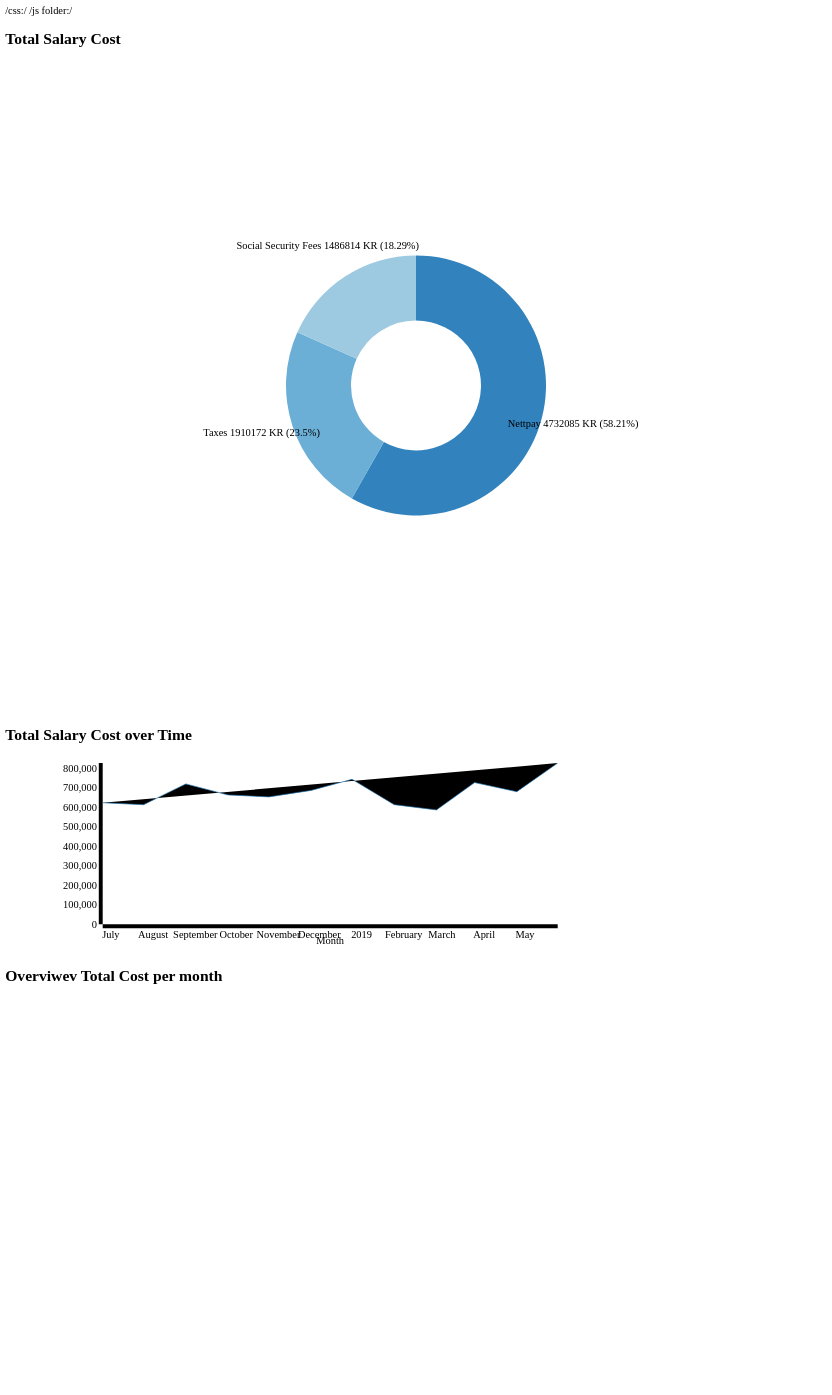
Repository: Code-Institute-Submissions/danfiliphoff-Milestoneproject-2
Page: index.html
The author's editor kept a record of every edit. The page is drawn from the files as they stood at one moment, then again after the next edit.
The browser window is 1280 px wide. The pictures show the whole page, at 65% of full size.

Above is the page before.
Console error: TypeError: z.rangeBands is not a function

### index.html
<!DOCTYPE html>
<html lang="en">
<head>
    <meta charset="UTF-8">
    <meta name="viewport" content="width=device-width, initial-scale=1.0">
    <meta http-equiv="X-UA-Compatible" content="ie=edge">
    <title>Payroll Dashboard</title>
    /css:/
    <link rel="stylesheet" href="static/css/style.css" type="text/css" />
    <link rel="stylesheet" href="" type="text/css" />
    /js folder:/
    <script type="text/javascript" src="static/js/d3.min.js"></script>
    <script type="text/javascript" src="static/js/d3-time-format.v2.min.js"></script>
    <script type="text/javascript" src="static/js/crossfilter.min.js"></script>
    <script type="text/javascript" src="static/js/dc.min.js"></script>
    <script type="text/javascript" src="static/js/queue.min.js"></script>
    <script type="text/javascript" src="static/js/payroll.data.js"></script>
    <script type="text/javascript" src="static/js/total.cost.js"></script>

</head>

<body>
    <header>
    </header>
    <!--*****Graphs******-->
    <div>
        <!--*****Pie Chart******-->
        <div>
            <h2>Total Salary Cost</h2>
            <div id="total-cost-pie-chart"></div>
        </div>
        <!--*****Line Chart******-->
        <div>
            <h2>Total Salary Cost over Time</h2>
            <div id="total-cost-line-graph"></div>
        </div>
         <!--*****Stacked Bar Chart Total Cost Over Time******-->
        <div>
            <h2>Overviwev Total Cost per month</h2>
            <div id="total-cost-stacked-bar-chart"></div>
        </div>
    </div>

    <footer>
    </footer>

</body>
</html>

### static/js/total.cost.js
/*steg:
1. skapa HTML.
2. skapa function
3.lägg till function under make graph*/

/*väntar med att skapa graf tills data är laddat*/
queue()
    .defer(d3.csv, "data/total.cost.csv")
    .await(makeGraphs);

function makeGraphs(error, totalCost){

    var parseDate = d3.time.format("%Y-%m-%d").parse;
        totalCost.forEach(function(d){
            d.PaymentDate = parseDate(d.PaymentDate);
        });


   var ndx=crossfilter(totalCost);
   makePie(ndx);
   TotalLineGraph(ndx);
   StackedBarChartTotalCost(ndx);
   dc.renderAll();
}


/*skapar graf och hämtar data*/
function StackedBarChartTotalCost(ndx){
    var payment_date_dim_bar = ndx.dimension(dc.pluck("PaymentDate"));

    var minDate = payment_date_dim_bar.bottom(1)[0].PaymentDate;
    var maxDate = payment_date_dim_bar.top(1)[0].PaymentDate;

    var NettpayByMonth = payment_date_dim_bar.group().reduceSum(function (d) {
            if (d.Type === 'Nettpay') {
                return +d.Sum;
            } else {
                return 0;
            }
        });

    var TaxesByMonth = payment_date_dim_bar.group().reduceSum(function (d) {
            if (d.Type === 'Taxes') {
                return +d.Sum;
            } else {
                return 0;
            }
        });

    var SocialSecurityFeesByMonth = payment_date_dim_bar.group().reduceSum(function (d) {
            if (d.Type === 'Social Security Fees') {
                return +d.Sum;
            } else {
                return 0;
            }
        });

    dc.barChart('#total-cost-stacked-bar-chart')
            .width(1000)
            .height(600)
            .dimension(payment_date_dim_bar)
            .group(NettpayByMonth, "Nettpay")
            .stack(TaxesByMonth, "Taxes")
            .stack(SocialSecurityFeesByMonth, "Sociala")
            .x(d3.time.scale().domain([minDate,maxDate]))
            .xUnits(dc.units.ordinal)
            .legend(dc.legend().x(420).y(0).itemHeight(15).gap(5));


}


function TotalLineGraph(ndx) {
    var payment_date_dim = ndx.dimension(dc.pluck("PaymentDate"));
    var total_spend_per_date = payment_date_dim.group().reduceSum(dc.pluck('Sum'));

    var minDate = payment_date_dim.bottom(1)[0].PaymentDate;
    var maxDate = payment_date_dim.top(1)[0].PaymentDate;

    dc.lineChart('#total-cost-line-graph')
        .width(1000)
        .height(300)
        .margins({top: 10, right: 150, bottom: 30, left: 150})
        .dimension(payment_date_dim)
        .group(total_spend_per_date)
        .transitionDuration(500)
        .x(d3.time.scale().domain([minDate,maxDate]))
        .xAxisLabel("Month")
        .yAxis().ticks(8);
}



function makePie(ndx) {
    var type_dim = ndx.dimension(dc.pluck("Type"));
    var total_cost_pie_chart = type_dim.group().reduceSum(dc.pluck('Sum'));

    dc.pieChart('#total-cost-pie-chart')
        .height(1000)
        .radius(200)
        .innerRadius(100)
        .transitionDuration(1500)
        .dimension(type_dim)
        .group(total_cost_pie_chart)
        .externalLabels(50)
        /*8129071: har summerat ihopp för hand vill hitta kod som summerar ihopp åt mig.
        *100)/100 i slutet av formeln är för att få med 2 decimal tecken i procenten
        */
        .label(function(d){return d.key + " " + d.value + " " + "KR (" +  Math.round((d.value/(8129071/100))*100)/100 + "%)"})
        .renderLabel(true);
}

Loaded but not shown: static/js/d3.min.js (library); static/js/d3-time-format.v2.min.js (library); static/js/crossfilter.min.js (library); static/js/dc.min.js (library); static/js/queue.min.js (common file); static/css/style.css (no copy from this time; the picture is the same without it); static/js/payroll.data.js (no copy from this time; the picture is the same without it)

After the next edit:
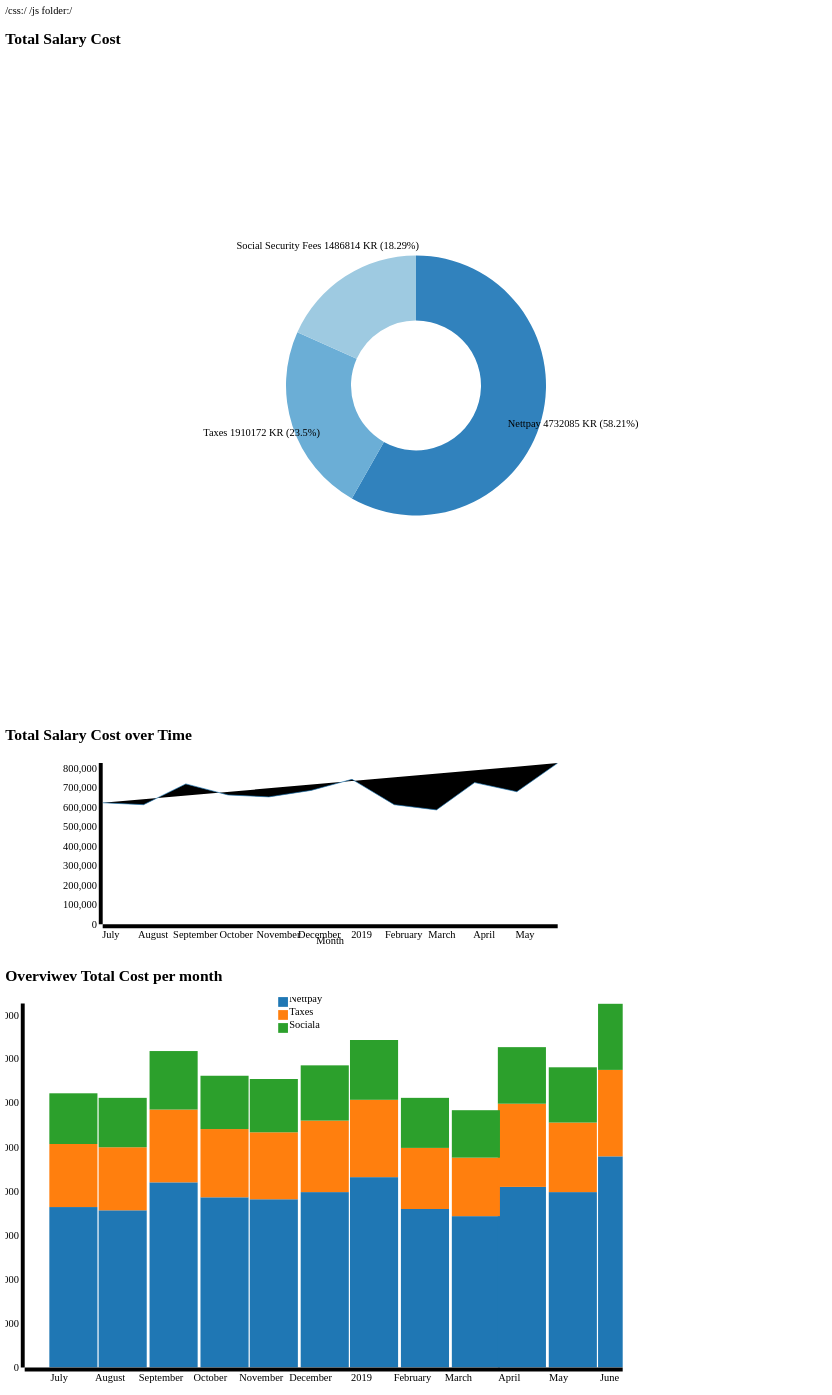
The error is gone.
The edit:
--- a/static/js/total.cost.js
+++ b/static/js/total.cost.js
@@ -62,8 +62,10 @@
             .group(NettpayByMonth, "Nettpay")
             .stack(TaxesByMonth, "Taxes")
             .stack(SocialSecurityFeesByMonth, "Sociala")
+            .elasticX(true)
+            .xAxisPadding(15).xAxisPaddingUnit('day')
             .x(d3.time.scale().domain([minDate,maxDate]))
-            .xUnits(dc.units.ordinal)
+            .xUnits(d3.time.months)
             .legend(dc.legend().x(420).y(0).itemHeight(15).gap(5));
 
 
